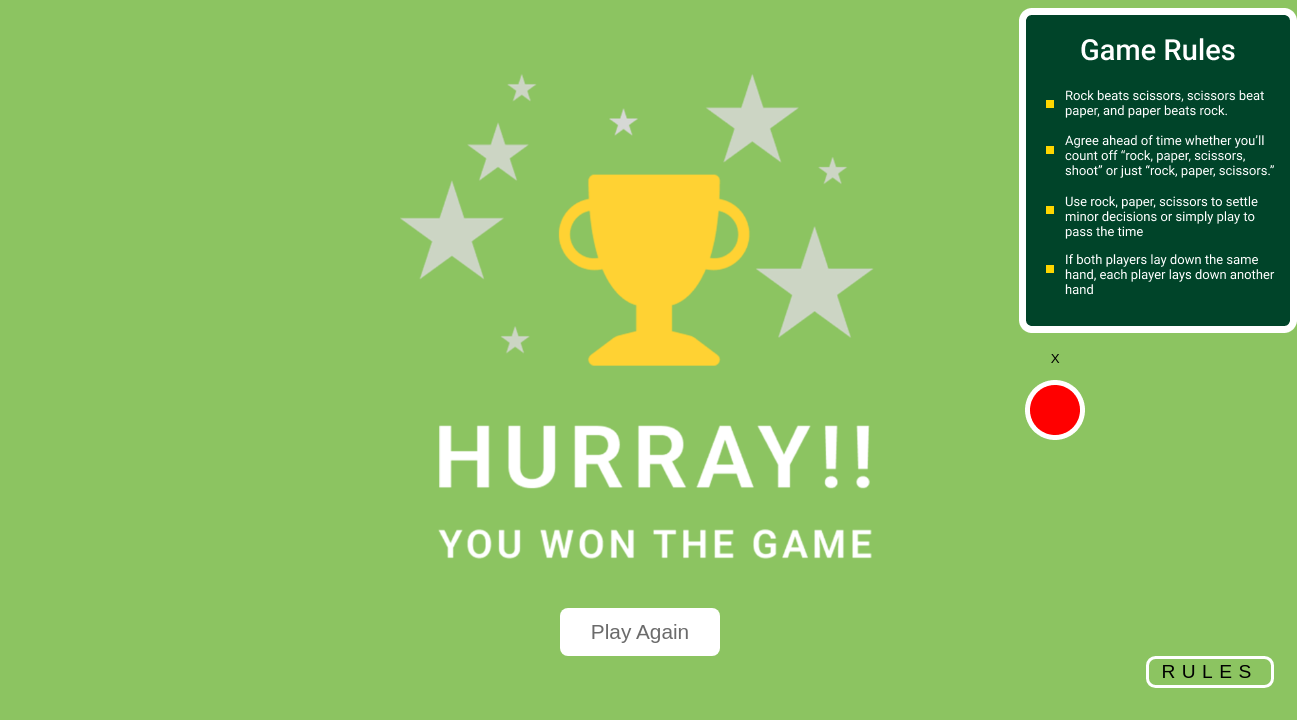
Repository: drumsmanku/Major-module-project-1
Page: hurray.html
These files come from the project's save history. The page is drawn as it stood at one moment and after the next save; the edit follows.
The browser window is 1280 px wide. The page is 1297 px wide, so the pictures cover 1297 px, including what lies to the right of the window. The pictures show the whole page.

Above is the page before, as saved 2023-05-01 00:09:05.

### hurray.html
<!DOCTYPE html>
<html lang="en">
<head>
  <meta charset="UTF-8">
  <meta http-equiv="X-UA-Compatible" content="IE=edge">
  <meta name="viewport" content="width=device-width, initial-scale=1.0">
  <title>Won</title>
  <style>
    body{
      background-color: #8CC461;
      position: relative;
    }
    .container{
      display: flex;
      flex-direction: column;
      align-items: center;
      justify-content: center;
    }
    .container img{
      width: 70vh;
      margin-bottom: 3rem;
      margin-top: 3rem;
    }
    .play-again{
      background-color: white;
      border: none;
      color: #6B6B6B;
      width: 10rem;
      height: 3rem;
      font-size: 1.3rem;
      border-radius: 0.5rem;
      cursor: pointer;
    }
    #rule-btn{
      background: none;
      border: 3px solid white;
      border-radius: 0.6rem;
      height: 2rem;
      width: 8rem;
      font-size:1.2rem;
      letter-spacing: 0.4rem;
      cursor: pointer;
      z-index: 999;
      position: absolute;
      left: 90%;
      /* bottom: -5rem; */
    }
    .second-second-main-container{
      position: absolute;
      top: 0;
      left: 80%;
    }
    #my-btn{
      background: none;
      border: none;

    }

  </style>
</head>
<body>
  <div class="container">
    <img src="hurray.png" alt="">
    <button id="play-again" class="play-again" onclick="location.href='index.html'">Play Again</button>
  </div>
  <div class="second-second-main-container">
    <div class="img-container">
      <img id="rules-img" src="4.png" alt="">
      <button id="my-btn">
        <p>X</p><img src="x.png" alt="">
      </button>
    </div>
  </div>
  <button id="rule-btn">RULES</button>
</body>
</html>

After the next save:
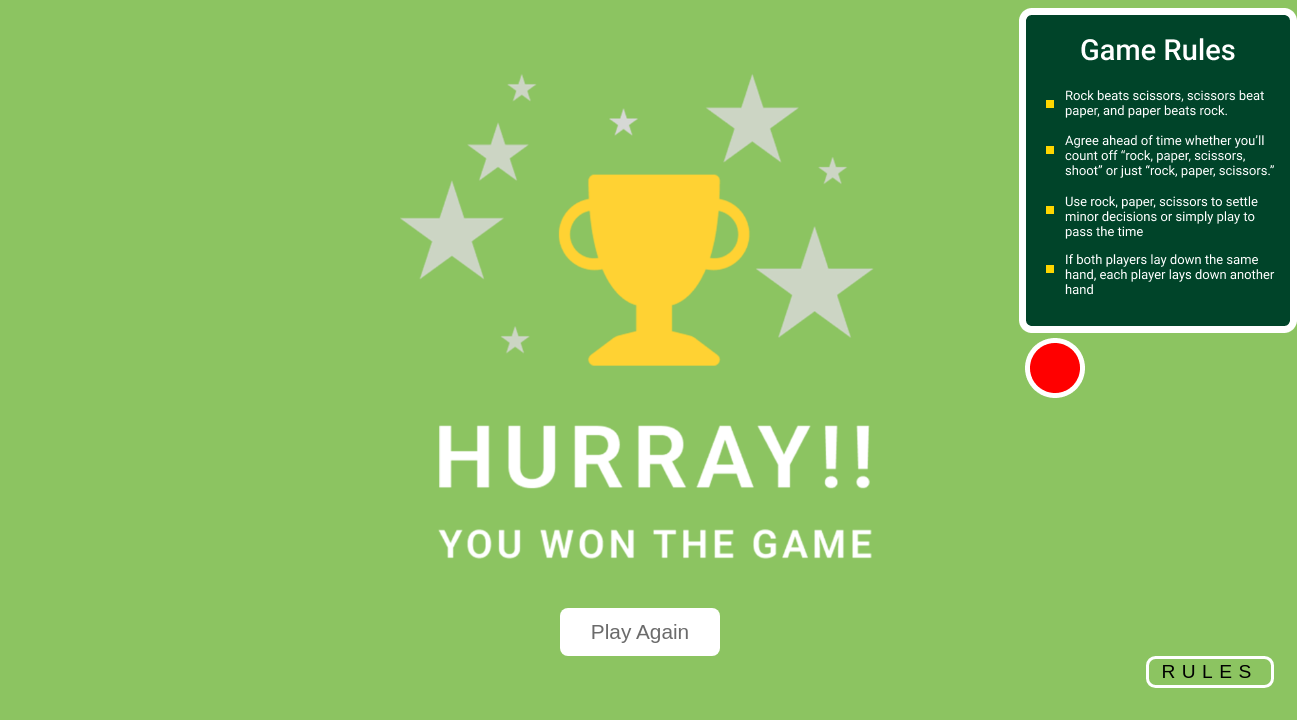
Saved 14 s later.
--- a/hurray.html
+++ b/hurray.html
@@ -67,7 +67,7 @@
     <div class="img-container">
       <img id="rules-img" src="4.png" alt="">
       <button id="my-btn">
-        <p>X</p><img src="x.png" alt="">
+        <img src="x.png" alt="">
       </button>
     </div>
   </div>
